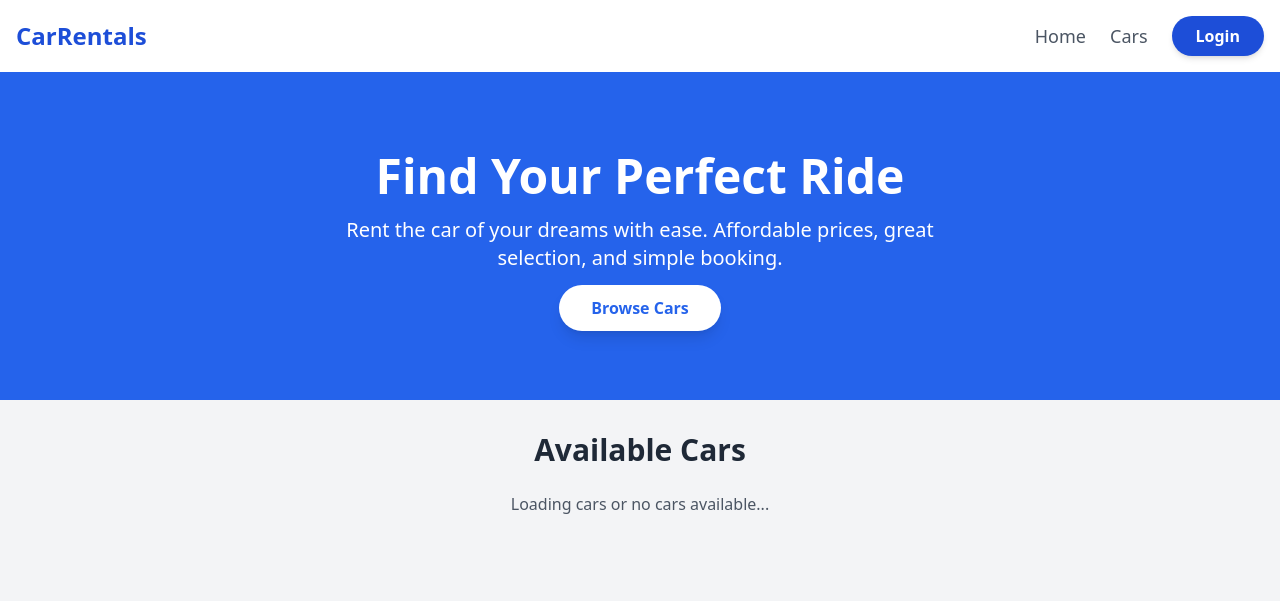
Repository: Daehy-peels/car-rental-app
Page: / (app in client/)
The author's editor kept a copy of each file at every save. The page is drawn from the files as they stood at one save, then again after the next save.
The browser window is 1280 px wide. The pictures show the whole page.
The page's requests for data from a server got no answer. The project was rebuilt for these pictures with package versions that can differ from the ones it lists, and the page was loaded fresh each time. No one was signed in, and anything a server would have sent is missing. Also part of the build but not shown: client/vite.config.js, client/src/components/CarCard.jsx.

Above is the page before, as saved 2025-08-20 20:22:52.

### client/src/index.css
/* client/src/index.css */
@tailwind base;
@tailwind components;
@tailwind utilities;

### client/src/App.jsx
// src/App.jsx
import React, { useState, useEffect } from "react";
import Navbar from "./components/Navbar";
import Hero from "./components/Hero";
import CarCard from "./components/CarCard";
import "./index.css";
import { fetchCars } from "./services/api";

function App() {
  const [cars, setCars] = useState([]);

  useEffect(() => {
    const getCars = async () => {
      const carList = await fetchCars();
      setCars(carList);
    };
    getCars();
  }, []);

  return (
    <div className="bg-gray-100 min-h-screen">
      <Navbar />
      <Hero />

      <main className="container mx-auto p-8">
        <h2 className="text-3xl font-bold text-gray-800 mb-6 text-center">
          Available Cars
        </h2>

        {cars.length > 0 ? (
          <div className="grid grid-cols-1 sm:grid-cols-2 lg:grid-cols-3 gap-8">
            {cars.map((car) => (
              <CarCard key={car.car_id} car={car} />
            ))}
          </div>
        ) : (
          <p className="text-center text-gray-600">
            Loading cars or no cars available...
          </p>
        )}
      </main>
    </div>
  );
}

export default App;

### client/src/components/Navbar.jsx
// src/components/Navbar.jsx
import React from "react";

const Navbar = () => {
  return (
    <nav className="bg-white shadow-lg">
      <div className="container mx-auto px-4 py-4 flex justify-between items-center">
        <div className="text-2xl font-bold text-primary">CarRentals</div>
        <div className="flex items-center space-x-6">
          <a
            href="#"
            className="text-gray-600 hover:text-primary transition-colors text-lg font-medium"
          >
            Home
          </a>
          <a
            href="#"
            className="text-gray-600 hover:text-primary transition-colors text-lg font-medium"
          >
            Cars
          </a>
          <a
            href="#"
            className="text-white bg-primary hover:bg-secondary px-6 py-2 rounded-full font-semibold transition-colors shadow-md"
          >
            Login
          </a>
        </div>
      </div>
    </nav>
  );
};

export default Navbar;

### client/src/components/Hero.jsx
// src/components/Hero.jsx
import React from "react";

const Hero = () => {
  return (
    <div className="bg-blue-600 text-white py-20 px-4 text-center">
      <h1 className="text-4xl sm:text-5xl font-extrabold mb-4">
        Find Your Perfect Ride
      </h1>
      <p className="text-lg sm:text-xl mb-6 max-w-2xl mx-auto">
        Rent the car of your dreams with ease. Affordable prices, great
        selection, and simple booking.
      </p>
      <a
        href="#"
        className="bg-white text-blue-600 font-bold py-3 px-8 rounded-full shadow-lg hover:bg-gray-100 transition-colors"
      >
        Browse Cars
      </a>
    </div>
  );
};

export default Hero;

### client/src/services/api.js
// src/services/api.js

const API_URL = "http://localhost:3000/api";

// Function to fetch all cars from the backend
export const fetchCars = async () => {
  try {
    const response = await fetch(`${API_URL}/cars`);
    if (!response.ok) {
      throw new Error("Failed to fetch cars");
    }
    const data = await response.json();
    return data;
  } catch (error) {
    console.error("Error fetching cars:", error);
    return [];
  }
};

// Function to create a new car
export const addCar = async (carData) => {
  try {
    const response = await fetch(`${API_URL}/cars`, {
      method: "POST",
      headers: {
        "Content-Type": "application/json",
      },
      body: JSON.stringify(carData),
    });
    if (!response.ok) {
      throw new Error("Failed to add car");
    }
    const data = await response.json();
    return data;
  } catch (error) {
    console.error("Error adding car:", error);
    throw error;
  }
};

### client/tailwind.config.js
// client/tailwind.config.js
/** @type {import('tailwindcss').Config} */
export default {
  content: ["./index.html", "./src/**/*.{js,ts,jsx,tsx}"],
  theme: {
    extend: {
      colors: {
        primary: "#1d4ed8", // A deep blue
        secondary: "#3b82f6", // A lighter blue
        accent: "#60a5fa", // A light accent blue
        background: "#f3f4f6", // A soft gray
        text: "#1f2937", // A dark text color
      },
    },
  },
  plugins: [],
};

Loaded but not shown: client/index.html (common file); client/src/main.jsx (common file)

After the next save:
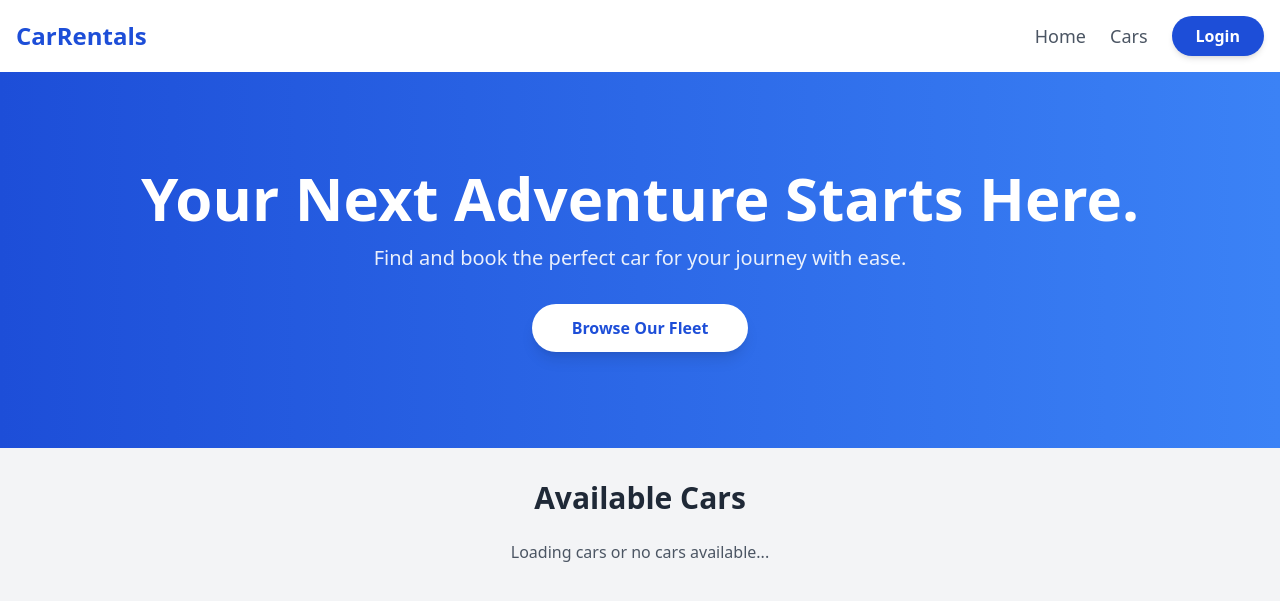
Saved 8 s later.
--- a/client/src/components/Hero.jsx
+++ b/client/src/components/Hero.jsx
@@ -3,20 +3,21 @@ import React from "react";
 
 const Hero = () => {
   return (
-    <div className="bg-blue-600 text-white py-20 px-4 text-center">
-      <h1 className="text-4xl sm:text-5xl font-extrabold mb-4">
-        Find Your Perfect Ride
+    <div className="bg-gradient-to-r from-primary to-secondary text-white py-24 px-4 text-center">
+      <h1 className="text-5xl md:text-6xl font-extrabold mb-4 leading-tight">
+        Your Next Adventure Starts Here.
       </h1>
-      <p className="text-lg sm:text-xl mb-6 max-w-2xl mx-auto">
-        Rent the car of your dreams with ease. Affordable prices, great
-        selection, and simple booking.
+      <p className="text-lg md:text-xl mb-8 max-w-2xl mx-auto opacity-90">
+        Find and book the perfect car for your journey with ease.
       </p>
-      <a
-        href="#"
-        className="bg-white text-blue-600 font-bold py-3 px-8 rounded-full shadow-lg hover:bg-gray-100 transition-colors"
-      >
-        Browse Cars
-      </a>
+      <div className="flex justify-center">
+        <a
+          href="#"
+          className="bg-white text-primary font-bold py-3 px-10 rounded-full shadow-lg hover:bg-gray-100 transition-colors duration-300 transform hover:scale-105"
+        >
+          Browse Our Fleet
+        </a>
+      </div>
     </div>
   );
 };
